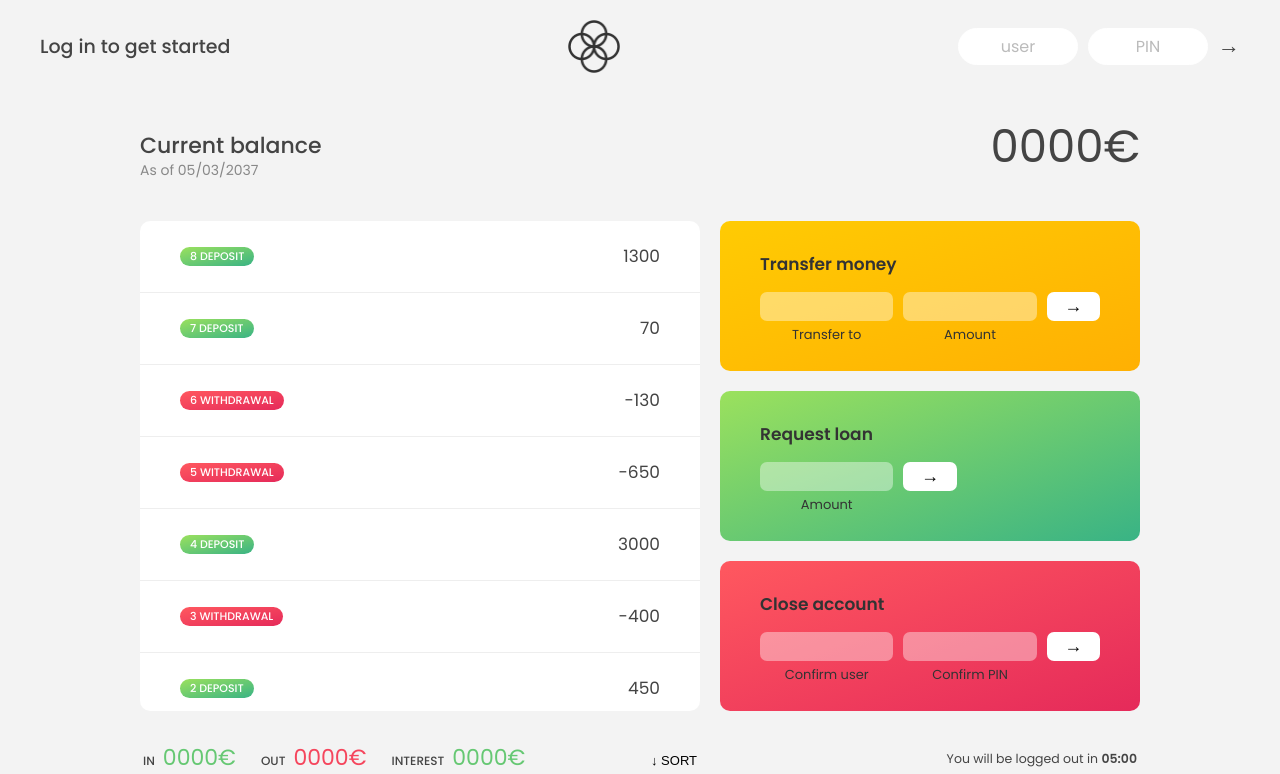
Repository: baodien1405/bankist-project
Page: index.html
The author's editor kept a copy of each file at every save. The page is drawn from the files as they stood at one save, then again after the next save.
The browser window is 1280 px wide. The pictures show the whole page.
An inner scrolling area shows only its first screen.

Above is the page before, as saved 2022-01-07 11:53:30.

After the next save:
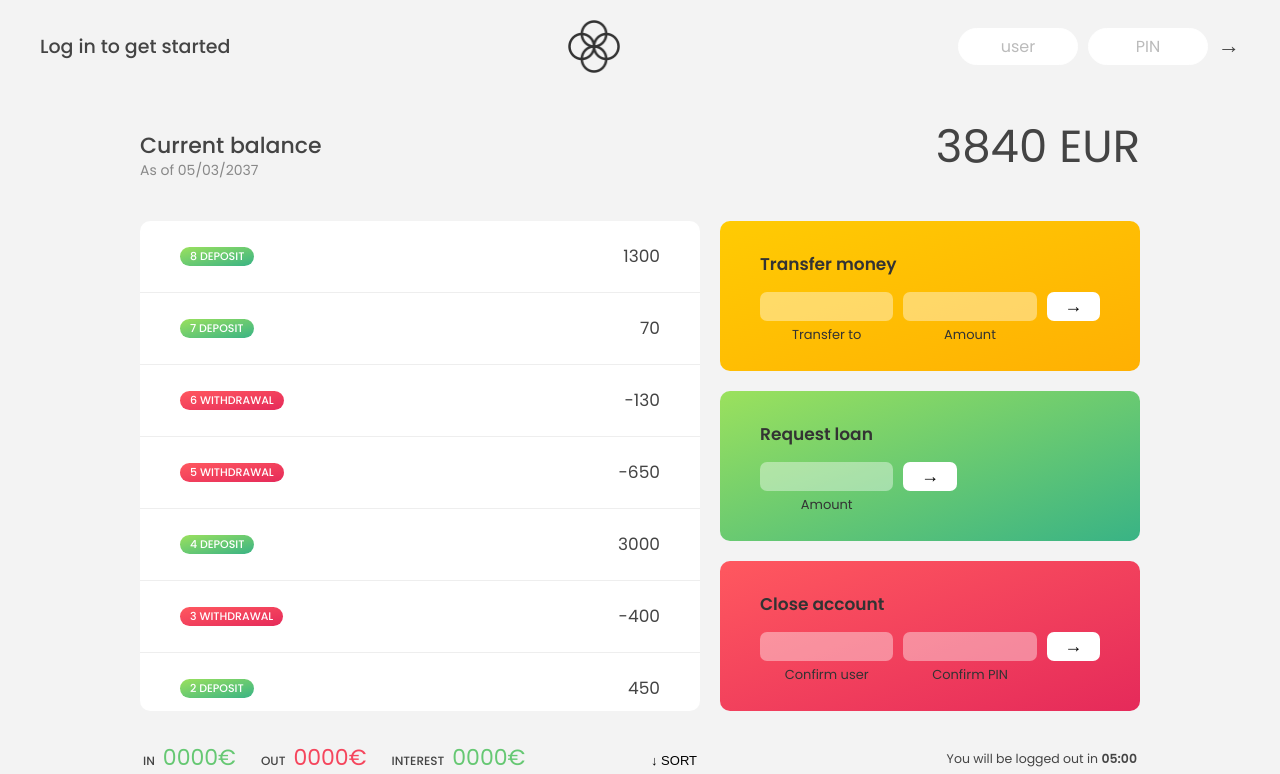
Saved 15 s later.
--- a/script.js
+++ b/script.js
@@ -84,6 +84,7 @@
   const balance = movements.reduce((acc, mov) => acc + mov, 0);
   labelBalance.textContent = `${balance} EUR`;
 };
+calcDisplayBalance(account1.movements);
 
 const createUsernames = function (accs) {
   accs.forEach(acc => {
